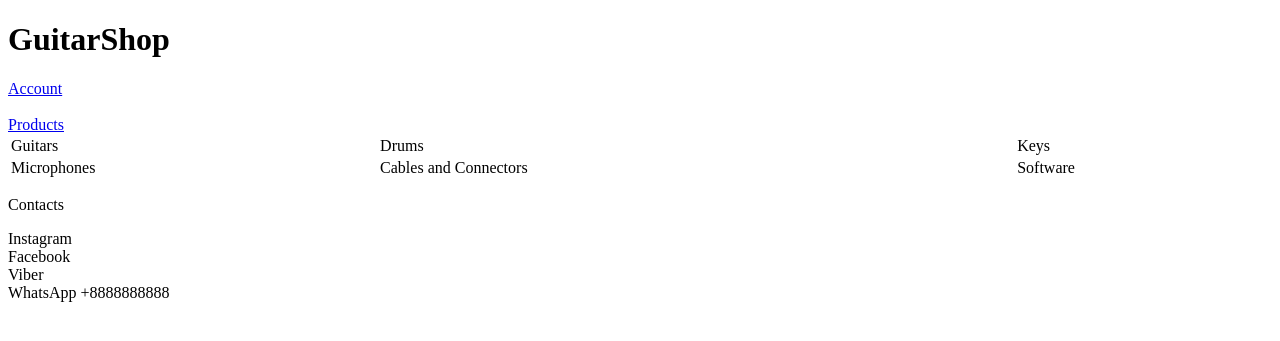
Repository: gibbeter/GuitarShopSpring
Page: http://localhost/GuitarShopSpring/
These files come from the project's save history. The page is drawn as it stood at one moment and after the next save; the edit follows.
The browser window is 1280 px wide. The pictures show the whole page.
The page is served by Tomcat 10. Other server files are loaded and not shown.

Above is the page before, as saved 2026-03-10 19:11:27.

### GuitarShop/GuitarShopSpring/src/main/webapp/index.jsp
<%@ page language="java" contentType="text/html; charset=UTF-8"
    pageEncoding="UTF-8"%>
<%@ taglib prefix="form" uri="http://www.springframework.org/tags/form"%>
<%@ taglib uri="http://java.sun.com/jsp/jstl/core" prefix="c"%>
<!DOCTYPE html>
<html>
<head>
<meta charset="UTF-8">
<title>Insert title here</title>
</head>
<body>
	<h1>GuitarShop</h1>
	<c:choose>
		<c:when test="${!empty userId}"><a href="/GuitarShop/user/redirectToAccount">User: ${userName}</a></c:when>
		<c:otherwise>
			<div>
				<a href="/GuitarShop/user/redirectToAccount">Account</a>
			</div>
		</c:otherwise>
	</c:choose>


	<br>
	<a href="${pageContext.request.contextPath}/product/redirectToType?type=guitar">Products</a>
	<table style="width:100%">
		<tr>
			<td>Guitars</td>
			<td>Drums</td>
			<td>Keys</td>
		</tr>
		<tr>
			<td>Microphones</td>
			<td>Cables and Connectors</td>
			<td>Software</td>
		</tr>
	</table>

	<div>
		<p>Contacts</p>
		Instagram
		<br>
		Facebook
		<br>
		Viber
		<br>
		WhatsApp
		+8888888888
	</div>
</body>
</html>

After the next save:
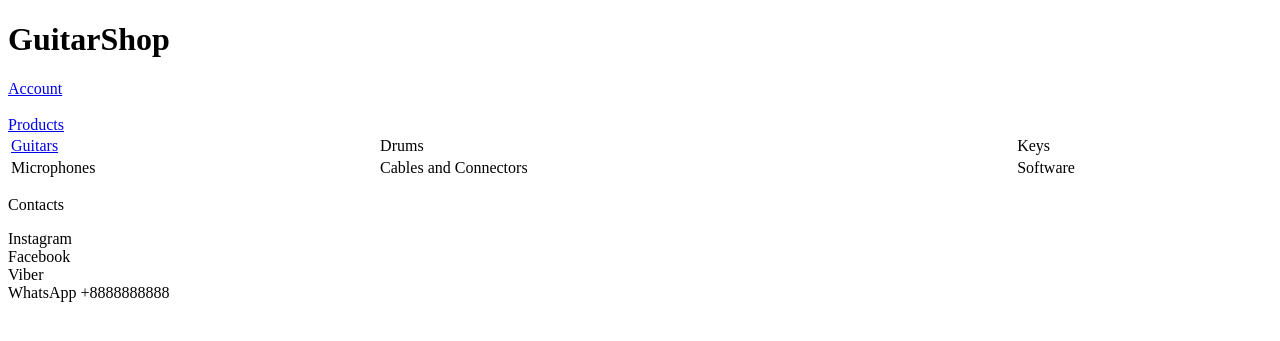
Saved 3 min 14 s later.
--- a/GuitarShop/GuitarShopSpring/src/main/webapp/index.jsp
+++ b/GuitarShop/GuitarShopSpring/src/main/webapp/index.jsp
@@ -24,7 +24,7 @@
 	<a href="${pageContext.request.contextPath}/product/redirectToType?type=guitar">Products</a>
 	<table style="width:100%">
 		<tr>
-			<td>Guitars</td>
+			<td><a href="${pageContext.request.contextPath}/product/redirectToType?type=guitar">Guitars</a></td>
 			<td>Drums</td>
 			<td>Keys</td>
 		</tr>
